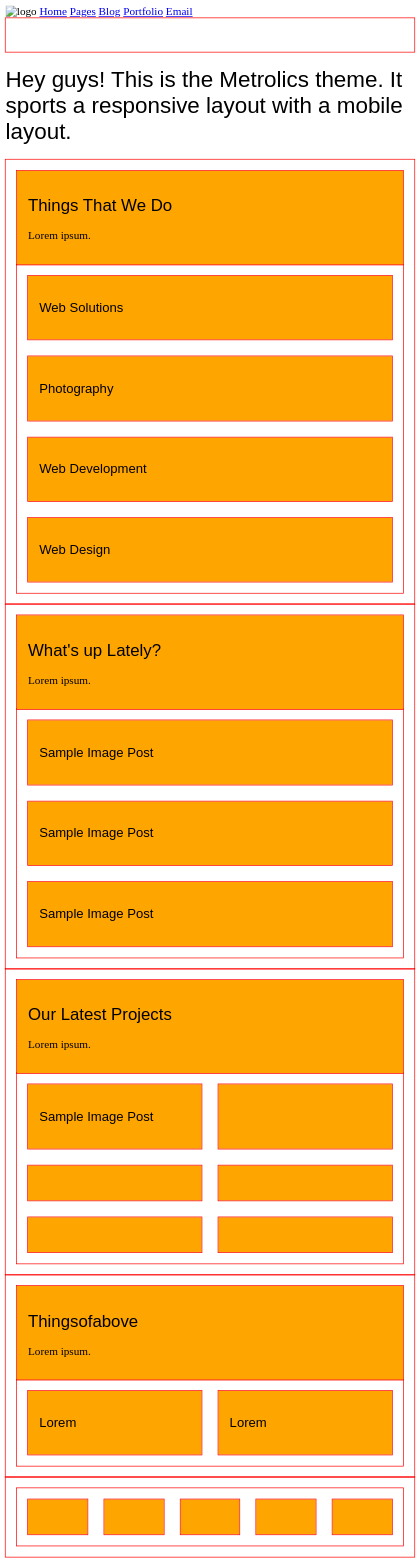
Repository: pjiang604/mdia2003-lab03b
Page: index.html
The author's editor kept a copy of each file at every save. The page is drawn from the files as they stood at one save, then again after the next save.
The browser window is 600 px wide. The pictures show the whole page, at 70% of full size.

Above is the page before, as saved 2023-01-24 00:20:47.

### index.html
<!DOCTYPE html>
<html lang="en">

<head>
    <meta charset="UTF-8">
    <meta http-equiv="X-UA-Compatible" content="IE=edge">
    <meta name="viewport" content="width=device-width, initial-scale=1.0">
    <title>Document</title>
    <link rel="stylesheet" href="style.css">
    <link rel="preconnect" href="https://fonts.google.com/specimen/Ubuntu?query=ubuntu">
</head>

<body>
    <nav>
        <img src="" alt="logo" class="logo">
        <a href="/">Home</a>
        <a href="/">Pages</a>
        <a href="/">Blog</a>
        <a href="/">Portfolio</a>
        <a href="/">Email</a>
    </nav>
    <div class="carousel">

    </div>
    <h1>Hey guys! This is the Metrolics theme. It sports a responsive layout with a mobile layout.</h1>
    <div class="topRow">
        <div class="col">
            <h2>Things That We Do</h2>
            <p>Lorem ipsum.</p>
        </div>
        <div class="row m-col-2 l-col-2">
            <div class="col">
                <h3>Web Solutions</h3>
            </div>
            <div class="col">
                <h3>Photography</h3>
            </div>
            <div class="col">
                <h3>Web Development</h3>
            </div>
            <div class="col">
                <h3>Web Design</h3>
            </div>
        </div>
    </div>
    <div class="secondRow">
        <div class="col">
            <h2>What's up Lately?</h2>
            <p>Lorem ipsum.</p>
        </div>
        <div class="row m-col-3 l-col-3">
            <div class="col">
                <h3>Sample Image Post</h3>
            </div>
            <div class="col">
                <h3>Sample Image Post</h3>
            </div>
            <div class="col">
                <h3>Sample Image Post</h3>
            </div>
        </div>
    </div>
    <div class="thirdRow">
        <div class="col">
            <h2>Our Latest Projects</h2>
            <p>Lorem ipsum.</p>
        </div>
        <div class="row m-col-4 l-col-4">
            <div class="col">
                <h3>Sample Image Post</h3>
            </div>
            <div class="col">
                <img src="" alt="">
            </div>
            <div class="col">
                <img src="" alt="">
            </div>
            <div class="col">
                <img src="" alt="">
            </div>
            <div class="col">
                <img src="" alt="">
            </div>
            <div class="col">
                <img src="" alt="">
            </div>
        </div>
    </div>
    <div class="fourthRow">
        <div class="col">
            <h2>Thingsofabove</h2>
            <p>Lorem ipsum.</p>
        </div>
        <div class="row m-col-5 l-col-5">
            <div class="col">
                <h3>Lorem</h3>
            </div>
            <div class="col">
                <h3>Lorem</h3>
            </div>
        </div>
    </div>
    <div class="companies">
        <div class="row m-col-6 l-col-6">
            <div class="col">
                <img src="" alt="">
            </div>
            <div class="col">
                <img src="" alt="">
            </div>
            <div class="col">
                <img src="" alt="">
            </div>
            <div class="col">
                <img src="" alt="">
            </div>
            <div class="col">
                <img src="" alt="">
            </div>
        </div>
    </div>
    <footer>

    </footer>
</body>

</html>

### style.css
div {
    outline: 1px solid red;
    min-height: 1rem;
    padding: 1rem;
}

h1,
h2,
h3,
h4,
h5,
h6 {
    font-family: Ubuntu, sans-serif;
    font-weight:300;
}

.row {
    display:grid;
    row-gap: 1rem;
}

.col {
    position:relative;
    background-color: orange;
}


/** small/mobile version */
@media screen and (max-width:39.9375em) {
    .m-col-2 {
        grid-template-columns: 1fr 1fr;
    }

}

/** medium and up. applicable for both tablet and mobile version */
@media screen and (max-width:40em) {
    .row {
        max-width: 70em;
        column-gap: 1.5rem;
        row-gap: 1.5rem;
        margin: 0 auto;
    }

    .m-col-2 {
        grid-template-columns: 4fr;
    }

    .m-col-4 {
        grid-template-columns: repeat(2, 3fr);
    }

    .m-col-5 {
        grid-template-columns: 1fr 1fr;
    }

    .m-col-6 {
        grid-template-columns: repeat(5, 1fr);
    }
}

/** medium only */
@media screen and (min-width:40em) and (max-width:63.9375em) {

}

/** large only */
@media screen and (min-width:64em) {
    .l-col-2 {
        grid-template-columns: repeat(4, 1fr);
    }

    .l-col-3 {
        grid-template-columns: repeat(3, 1fr);
    }

    .l-col-4 {
        grid-template-columns: repeat(2, 4fr);
    }

    .l-col-5 {
        grid-template-columns: repeat(2, 1fr);
    }

    .l-col-6 {
        grid-template-columns: repeat(5, 1fr);
    }
}

After the next save:
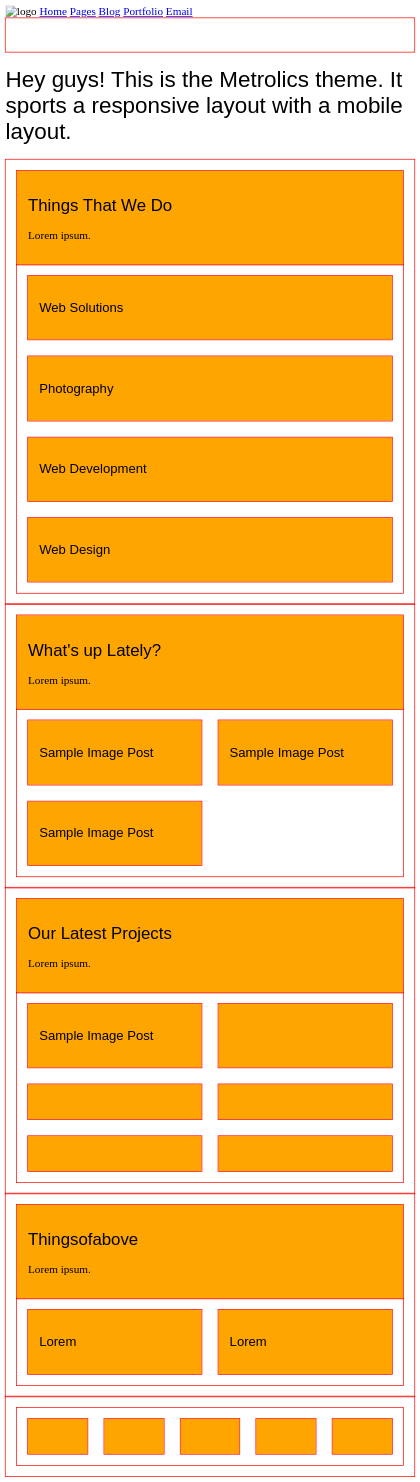
Saved 25 s later.
--- a/style.css
+++ b/style.css
@@ -46,6 +46,10 @@ h6 {
         grid-template-columns: 4fr;
     }
 
+    .m-col-3 {
+        grid-template-columns: repeat(2, 2fr);
+    }
+
     .m-col-4 {
         grid-template-columns: repeat(2, 3fr);
     }
